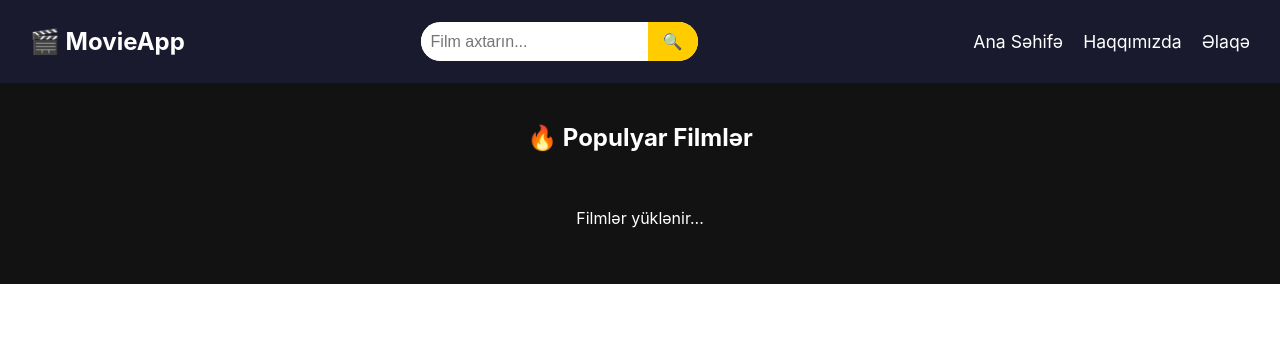
Repository: Zulfiyya077/InternIntelligence_MovieWebsite
Page: /
An editor plug-in stored every save of this project. The page is shown before and after the next save, followed by the edit.
The browser window is 1280 px wide. The pictures show the whole page.
The page's requests for data from a server got no answer. The project was rebuilt for these pictures with package versions that can differ from the ones it lists, and the page was loaded fresh each time. No one was signed in, and anything a server would have sent is missing. Also part of the build but not shown: vite.config.js, src/components/MovieCard.module.css, src/components/MovieCard.jsx, src/pages/MovieDetailsPage.module.css, src/pages/MovieDetailsPage.jsx, src/pages/SearchResultsPage.module.css, src/pages/SearchResultsPage.jsx, src/pages/About.module.css and 4 more.

Above is the page before, as saved 2025-02-24 00:48:32.

After the next save:
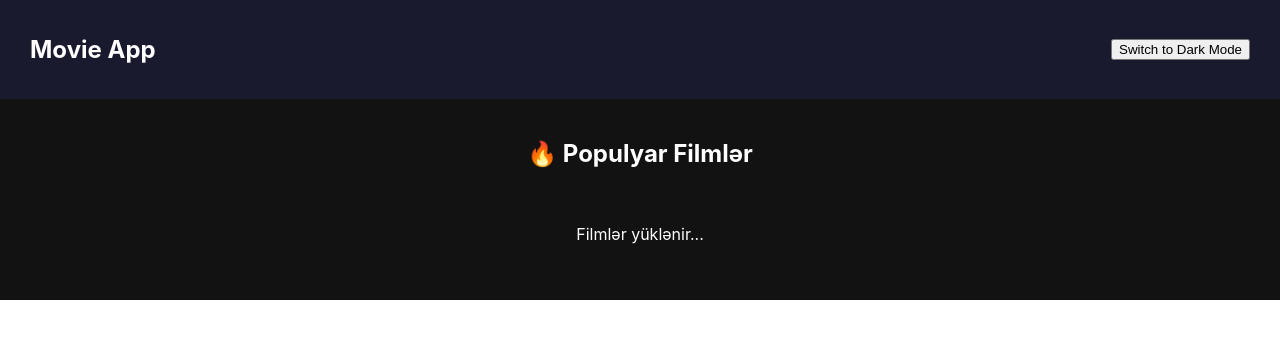
Saved 22 s later.
--- a/src/components/Navbar.jsx
+++ b/src/components/Navbar.jsx
@@ -1,20 +1,18 @@
+// src/components/Navbar.jsx
 import React from 'react';
-import { Link } from 'react-router-dom';
-import SearchBar from './SearchBar';
 import styles from './Navbar.module.css';
 
-const Navbar = () => {
+const Navbar = ({ darkMode, setDarkMode }) => {
+    const toggleTheme = () => {
+        setDarkMode(prevMode => !prevMode);
+    };
+
     return (
         <nav className={styles.navbar}>
-            <div className={styles.logo}>
-                <Link to="/">🎬 MovieApp</Link>
-            </div>
-            <SearchBar />
-            <ul className={styles.navLinks}>
-                <li><Link to="/">Ana Səhifə</Link></li>
-                <li><Link to="/about">Haqqımızda</Link></li>
-                <li><Link to="/contact">Əlaqə</Link></li>
-            </ul>
+            <h1>Movie App</h1>
+            <button onClick={toggleTheme} className={styles.themeButton}>
+                {darkMode ? 'Switch to Light Mode' : 'Switch to Dark Mode'}
+            </button>
         </nav>
     );
 };
